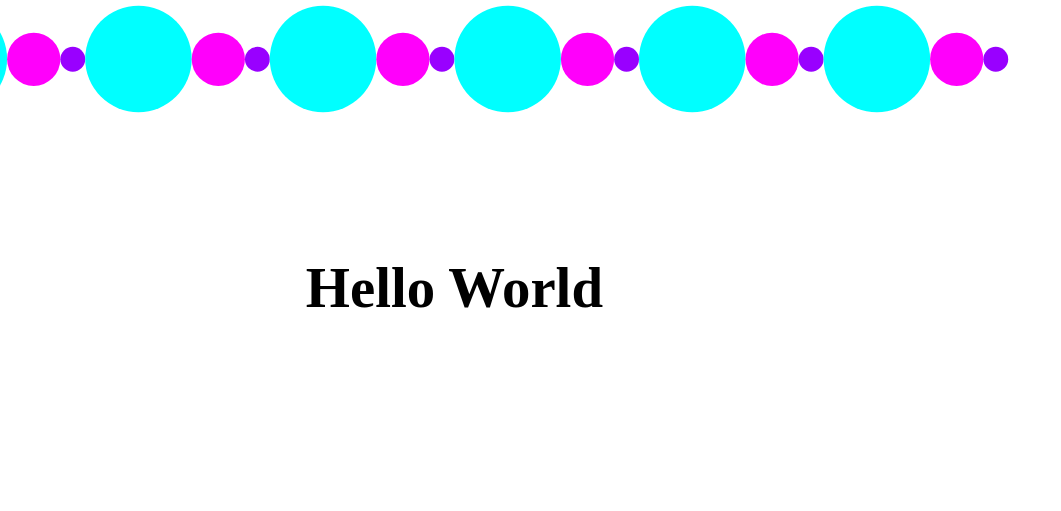
Repository: sarahlochhead/css-demo
Page: index.html
An editor plug-in stored every save of this project. The page is shown before and after the next save, followed by the edit.
The browser window is 1280 px wide. The page is 1420 px wide, then 1495 px, so the pictures cover 1495 px, including what lies to the right of the window. The pictures show the whole page, at 71% of full size.

Above is the page before, as saved 2023-04-21 14:24:34.

### index.html
<!DOCTYPE html>
<html lang="en">
<head>
    <meta charset="UTF-8">
    <meta http-equiv="X-UA-Compatible" content="IE=edge">
    <meta name="viewport" content="width=device-width, initial-scale=1.0">
    <title>Light It Up Demo</title>
    <link rel="stylesheet" href="styles.css">
</head>
<body>
    <h1>Hello World</h1>
    <div class="top-circles">
        <div class="circle-lg"></div>
        <div class="circle-md"></div>
        <div class="circle-sm"></div>
        <div class="circle-lg"></div>
        <div class="circle-md"></div>
        <div class="circle-sm"></div>
        <div class="circle-lg"></div>
        <div class="circle-md"></div>
        <div class="circle-sm"></div>
        <div class="circle-lg"></div>
        <div class="circle-md"></div>
        <div class="circle-sm"></div>
        <div class="circle-lg"></div>
        <div class="circle-md"></div>
        <div class="circle-sm"></div>
        <div class="circle-lg"></div>
        <div class="circle-md"></div>
        <div class="circle-sm"></div>
    </div>
    <div class="bottom-circles">

    </div>

</body>
</html>

### styles.css
@charset "utf-8";

body {
    display: flex;
    justify-content: center;
    align-items: center;
}

h1 {
    position: absolute;
    top: 50%;
    font-size: 5rem;
    margin: 0 auto;
}

.top-circles {
    display: flex;
    justify-content: center;
    align-items: center;
}


.circle-lg {
    border-radius: 100%;
    background-color: rgb(0, 255, 255);
    height: 150px;
    width: 150px;
}

.circle-md {
    border-radius: 100%;
    background-color: rgb(255, 0, 251);
    height: 75px;
    width: 75px;
}
.circle-sm {
    border-radius: 100%;
    background-color: rgb(153, 0, 255);
    height: 35px;
    width: 35px;
}

After the next save:
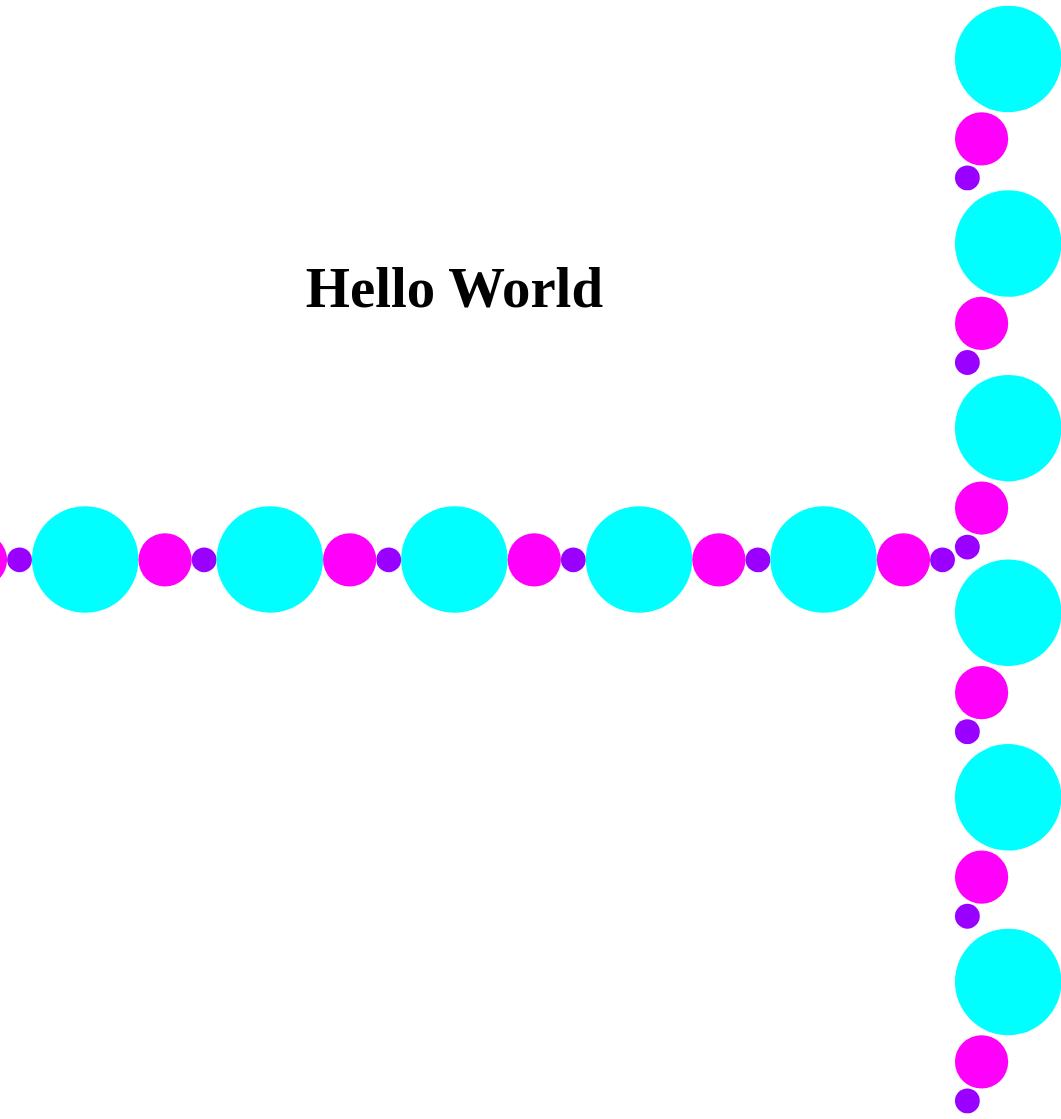
Saved 20 s later.
--- a/index.html
+++ b/index.html
@@ -30,7 +30,24 @@
         <div class="circle-sm"></div>
     </div>
     <div class="bottom-circles">
-
+        <div class="circle-lg"></div>
+        <div class="circle-md"></div>
+        <div class="circle-sm"></div>
+        <div class="circle-lg"></div>
+        <div class="circle-md"></div>
+        <div class="circle-sm"></div>
+        <div class="circle-lg"></div>
+        <div class="circle-md"></div>
+        <div class="circle-sm"></div>
+        <div class="circle-lg"></div>
+        <div class="circle-md"></div>
+        <div class="circle-sm"></div>
+        <div class="circle-lg"></div>
+        <div class="circle-md"></div>
+        <div class="circle-sm"></div>
+        <div class="circle-lg"></div>
+        <div class="circle-md"></div>
+        <div class="circle-sm"></div>
     </div>
 
 </body>
